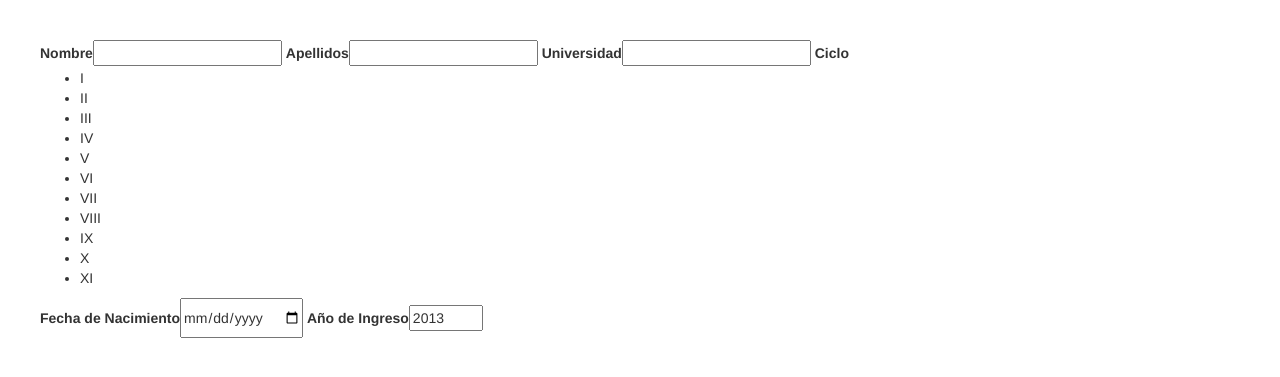
Repository: yoshitomimaehara/sdpa
Page: http://localhost/Sistema_de_Pruebas_Academicas/alumno_insertar.jsp
These files come from the project's save history. The page is drawn as it stood at one moment and after the next save; the edit follows.
The browser window is 1280 px wide. The pictures show the whole page.
The page is served by Tomcat 9.

Above is the page before, as saved 2013-10-06 22:14:41.
Console error: TypeError: $(...).alert is not a function

After the next save:
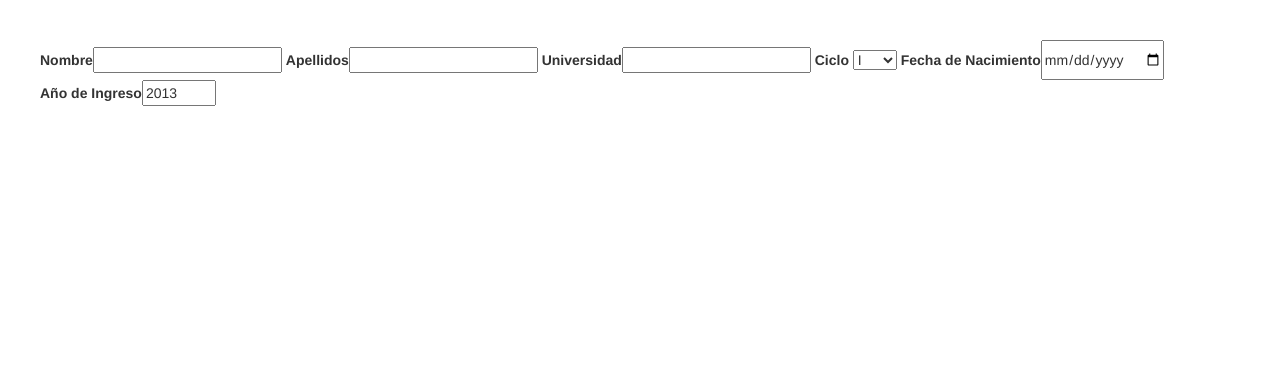
Saved 70 s later.
--- a/Web/Sistema de Pruebas Academicas/Sistema de Pruebas Academicas/WebContent/alumno_insertar.jsp
+++ b/Web/Sistema de Pruebas Academicas/Sistema de Pruebas Academicas/WebContent/alumno_insertar.jsp
@@ -18,11 +18,11 @@
 		<label>Universidad</label><input type="text"/>
 		<label>Ciclo</label>
 		<c:set var="ciclos" value="I,II,III,IV,V,VI,VII,VIII,IX,X,XI"></c:set>
-		<ul>
+		<select>
 		<c:forTokens items="${ciclos}" delims="," var="ciclo">
-		<li><c:out value="${ciclo}"></c:out></li>
+		<option><c:out value="${ciclo}"></c:out></option>
 		</c:forTokens>
-		</ul>
+		</select>
 		<label>Fecha de Nacimiento</label><input type="date"/>
 		<label>Año de Ingreso</label><input type="number" min="2000" max="2013" value="2013">
 	</form>
